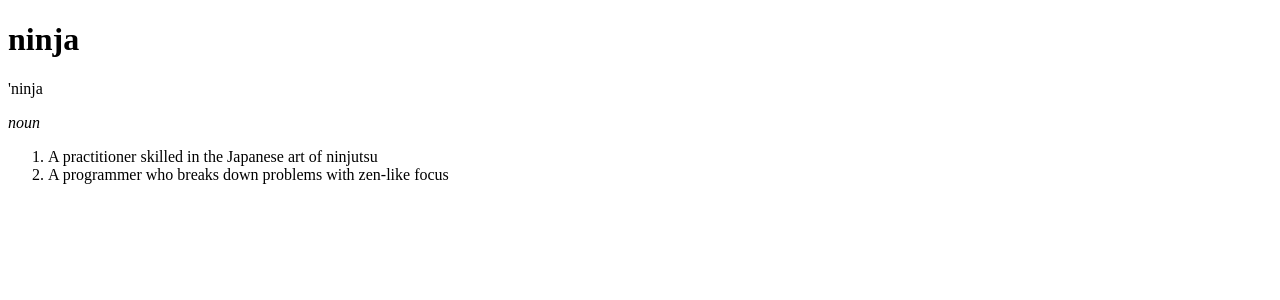
Repository: ahmedabuhabel/Axsos
Page: Web-Fun/HTML/Dictionary Entry/index.html
These files come from the project's save history. The page is drawn as it stood at one moment and after the next save; the edit follows.
The browser window is 1280 px wide. The pictures show the whole page.

Above is the page before, as saved 2026-02-10 18:16:00.

After the next save:
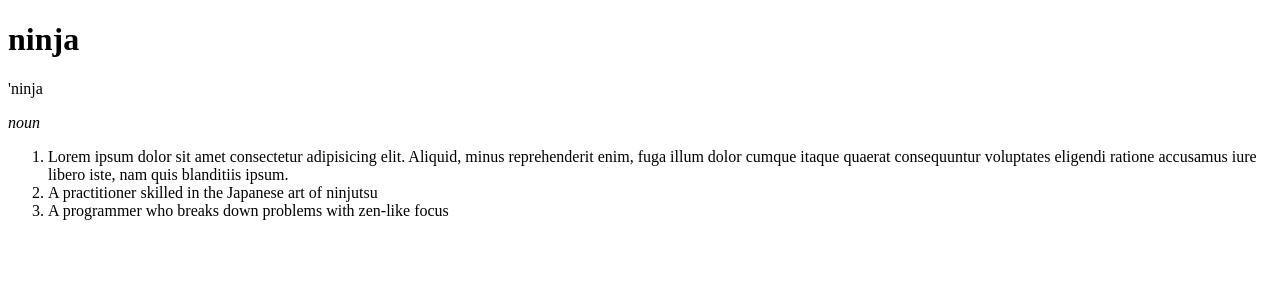
Saved 104 s later.
--- a/Web-Fun/HTML/Dictionary Entry/index.html
+++ b/Web-Fun/HTML/Dictionary Entry/index.html
@@ -8,6 +8,12 @@
     <p>'ninja</p>
     <em>noun</em>
     <ol>
+      <li>
+        Lorem ipsum dolor sit amet consectetur adipisicing elit. Aliquid, minus
+        reprehenderit enim, fuga illum dolor cumque itaque quaerat consequuntur
+        voluptates eligendi ratione accusamus iure libero iste, nam quis
+        blanditiis ipsum.
+      </li>
       <li>A practitioner skilled in the Japanese art of ninjutsu</li>
       <li>A programmer who breaks down problems with zen-like focus</li>
     </ol>

After the save that followed:
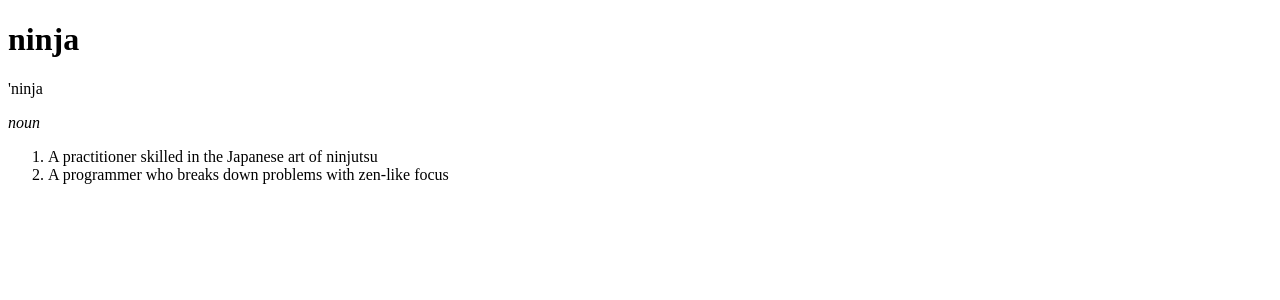
Saved 7 s later.
--- a/Web-Fun/HTML/Dictionary Entry/index.html
+++ b/Web-Fun/HTML/Dictionary Entry/index.html
@@ -8,12 +8,6 @@
     <p>'ninja</p>
     <em>noun</em>
     <ol>
-      <li>
-        Lorem ipsum dolor sit amet consectetur adipisicing elit. Aliquid, minus
-        reprehenderit enim, fuga illum dolor cumque itaque quaerat consequuntur
-        voluptates eligendi ratione accusamus iure libero iste, nam quis
-        blanditiis ipsum.
-      </li>
       <li>A practitioner skilled in the Japanese art of ninjutsu</li>
       <li>A programmer who breaks down problems with zen-like focus</li>
     </ol>
